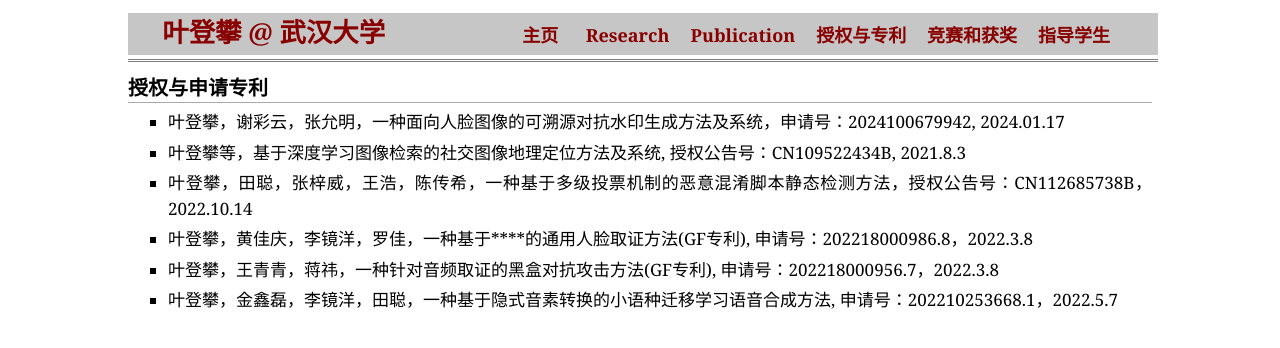
Repository: yedengpan/yedengpan.github.io
Page: patent.html
An editor plug-in stored every save of this project. The page is shown before and after the next save, followed by the edit.
The browser window is 1280 px wide. The pictures show the whole page.

Above is the page before, as saved 2024-01-18 21:04:31.
Console error: SyntaxError: Unexpected token '%'

After the next save:
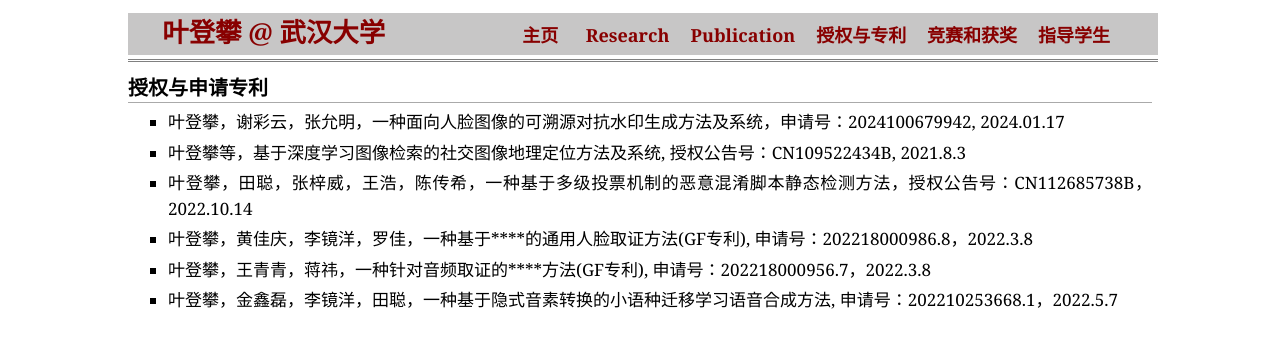
Saved 31 s later.
--- a/patent.html
+++ b/patent.html
@@ -56,7 +56,7 @@
                 </li>
                 <li>
                     <p style="text-align:justify;">
-                        叶登攀，王青青，蒋祎，一种针对音频取证的黑盒对抗攻击方法(GF专利), 申请号：202218000956.7，2022.3.8
+                        叶登攀，王青青，蒋祎，一种针对音频取证的****方法(GF专利), 申请号：202218000956.7，2022.3.8
                     </p>
                 </li>
                 <li>
